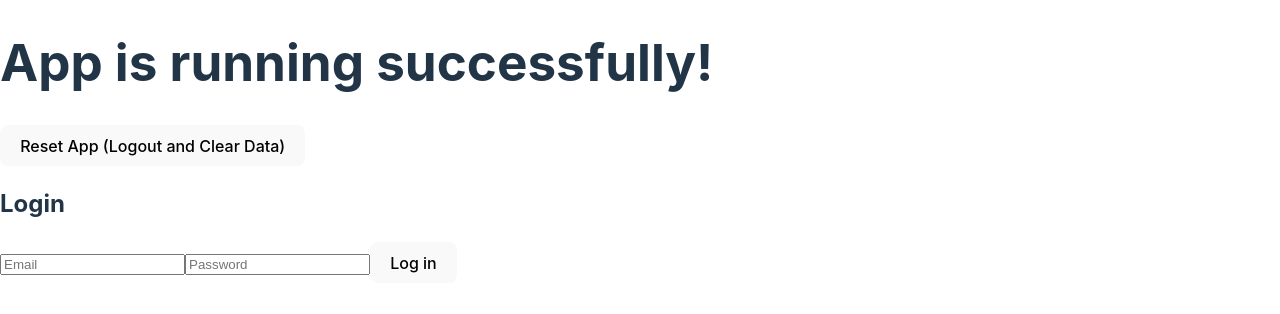
Repository: legendcode1/aml-sigma-SECOND-Reincarnation
Page: /login (app in parrot-aml/)
These files come from the project's save history. The page is drawn as it stood at one moment and after the next save; the edit follows.
The browser window is 1280 px wide. The pictures show the whole page.
The page's requests for data from a server got no answer. The project was rebuilt for these pictures with package versions that can differ from the ones it lists, and the page was loaded fresh each time. No one was signed in, and anything a server would have sent is missing. Also part of the build but not shown: parrot-aml/vite.config.js, parrot-aml/src/StyleSheet/LeftBar.css, parrot-aml/src/Component/LeftBar.jsx, parrot-aml/src/StyleSheet/MainInterface.css, parrot-aml/src/StyleSheet/ChatBot.css, parrot-aml/src/StyleSheet/NewReport.css, parrot-aml/src/Component/NewReport.jsx, parrot-aml/src/StyleSheet/SearchResult.css and 5 more.

Above is the page before, as saved 2025-01-16 03:08:52.

### parrot-aml/index.html
<!doctype html>
<html lang="en">
  <head>
    <meta charset="UTF-8" />
    <meta name="viewport" content="width=device-width, initial-scale=1.0" />
    <meta http-equiv="X-UA-Compatible" content="ie=edge" />
    <meta name="description" content="A Vite + React app" />
    <meta name="author" content="Your Name" />
    <meta name="robots" content="index, follow" />
    <link rel="icon" type="image/svg+xml" href="/vite.svg" />
    <!-- External font (optional) -->
    <link href="https://fonts.googleapis.com/css2?family=Roboto:wght@400;500&display=swap" rel="stylesheet" />
    <title>Vite + React</title>
    <!-- Add any additional metadata or fonts here -->
  </head>
  <body>
    <!-- React app will be rendered inside this div -->
    <div id="root"></div>
    <!-- Main entry script for Vite + React -->
    <script type="module" src="/src/main.jsx"></script>
  </body>
</html>

### parrot-aml/src/main.jsx
import { StrictMode } from 'react';
import { createRoot } from 'react-dom/client';
import './index.css';
import App from './App.jsx';
import { BrowserRouter } from 'react-router-dom'; // Import BrowserRouter

createRoot(document.getElementById('root')).render(
  <StrictMode>
    <BrowserRouter> {/* Wrap the App component with BrowserRouter */}
      <App />
    </BrowserRouter>
  </StrictMode>
);

### parrot-aml/src/App.jsx
import React, { useState, useEffect } from 'react';
import './App.css';
import { Route, Routes, useNavigate } from 'react-router-dom';
import { app, firestore } from './firebase'; // Correct import for app and firestore
import LeftBar from './Component/LeftBar';
import MainInterface from './Component/MainInterface';
import LoginPage from './login system/LoginPage';
import { getAuth, onAuthStateChanged } from 'firebase/auth';

const App = () => {
  const [searchParams, setSearchParams] = useState({
    name: '',
    age: '',
    occupation: ''
  });

  const [savedItems, setSavedItems] = useState([]);
  const [submitted, setSubmitted] = useState(false);
  const [isAuthenticated, setIsAuthenticated] = useState(false);
  const navigate = useNavigate();

  const saveData = () => {
    if (searchParams.name.trim()) {
      setSavedItems((prevItems) => [...prevItems, searchParams]);
      setSubmitted(true);
    }
  };

  const handleInputChange = (e) => {
    const { name, value } = e.target;
    setSearchParams((prev) => ({
      ...prev,
      [name]: value
    }));
  };

  // Check authentication status
  useEffect(() => {
    const auth = getAuth(app); // Ensure to use 'app' here for correct Firebase instance
    const unsubscribe = onAuthStateChanged(auth, (user) => {
      console.log('Auth state changed', user);
      if (user) {
        setIsAuthenticated(true); // User is authenticated
        navigate('/main'); // Redirect to the main layout
      } else {
        setIsAuthenticated(false); // User is not authenticated
        navigate('/login'); // Redirect to the login page
      }
    });

    return () => unsubscribe();
  }, [navigate]);

  const resetApp = () => {
    console.log('Resetting app...');
    // Reset Firebase Auth state and remove client_id from localStorage
    const auth = getAuth(app);
    auth.signOut(); // Log out the user
    localStorage.removeItem('client_id'); // Remove stored client_id
    setIsAuthenticated(false); // Update the authentication state
    navigate('/login'); // Redirect to login page
  };

  return (
    <div className="app-container">
      <h1>App is running successfully!</h1>
      <button onClick={resetApp} className="reset-button">Reset App (Logout and Clear Data)</button> {/* Reset button */}

      <Routes>
        {/* Login route */}
        <Route path="/login" element={<LoginPage />} />

        {/* Main layout route (protected route) */}
        <Route
          path="/main"
          element={
            isAuthenticated ? (
              <div className="main-parent">
                <div className="left-bar">
                  <LeftBar savedItems={savedItems} />
                </div>
                <MainInterface
                  submitted={submitted}
                  searchParams={searchParams}
                  handleInputChange={handleInputChange}
                  saveData={saveData}
                />
              </div>
            ) : (
              <p>You must log in to access the main layout.</p>
            )
          }
        />
      </Routes>
    </div>
  );
};

export default App;

### parrot-aml/src/App.css
html, body, #root {
  margin: 0;
  padding: 0;
  height: 100%;
  width: 100%;
}

*, *::before, *::after {
  box-sizing: border-box;
}

.main-parent {
  display: flex;
  flex-direction: row; /* Ensure horizontal layout */
  min-height: 100vh; /* Ensure it stretches to fit content */
  width: 100%;
}

.left-bar {
  width: 250px; /* Adjust the width as needed */
  background-color: #2c3e50; /* Example background color */
  padding: 20px;
  box-shadow: 2px 0 5px rgba(0, 0, 0, 0.1);
  height: 100vh; /* Ensure it stretches to fit the viewport height */
  position: fixed; /* Make the left bar fixed */
  top: 0;
  left: 0;
}

.main-interface {
  margin-left: 250px; /* Add margin to account for the fixed left bar */
  flex: 1;
  background-color: #314a57;
  padding: 0px;
  display: flex;
  flex-direction: column;
  align-items: center;
  overflow-y: auto; /* Allow scrolling if content overflows */
}

### parrot-aml/src/firebase.js
// Import necessary Firebase functions
import { initializeApp, getApp, getApps } from 'firebase/app';
import { getAnalytics } from 'firebase/analytics';
import { getFirestore } from 'firebase/firestore';

// Your Firebase configuration
const firebaseConfig = {
  apiKey: "AIzaSyBfku8hikwXrII_Uv2u0pL6-f0a0a0mKr8",
  authDomain: "datumcorp-aml.firebaseapp.com",
  projectId: "datumcorp-aml",
  storageBucket: "datumcorp-aml.appspot.com",  // Fix the storageBucket URL (should end with .appspot.com)
  messagingSenderId: "710428028162",
  appId: "1:710428028162:web:486e3aad77de49d0d8261b",
  measurementId: "G-KSL9Y2V3HX"
};

// Initialize Firebase only if not already initialized
let app;
if (getApps().length === 0) {
  // Initialize Firebase
  app = initializeApp(firebaseConfig);
} else {
  // If already initialized, get the existing app
  app = getApp();
}

// Initialize Firebase Analytics (optional, remove if not using)
const analytics = getAnalytics(app);

// Export Firestore and other Firebase services
export const firestore = getFirestore(app);
export { app, analytics };

### parrot-aml/src/login system/LoginPage.jsx
import React, { useState } from 'react';
import { loginUser } from '../auth/auth.jsx'; // Import the login function
import { useNavigate } from 'react-router-dom';

const LoginPage = () => {
  const [email, setEmail] = useState('');
  const [password, setPassword] = useState('');
  const [error, setError] = useState('');
  const navigate = useNavigate();

  const handleLogin = async (e) => {
    e.preventDefault();

    try {
      const user = await loginUser(email, password);
      console.log('User logged in:', user);
      navigate('/main'); // Redirect to the main page after login
    } catch (err) {
      setError(err.message); // Display error message if login fails
    }
  };

  return (
    <div>
      <h2>Login</h2>
      <form onSubmit={handleLogin}>
        <input
          type="email"
          placeholder="Email"
          value={email}
          onChange={(e) => setEmail(e.target.value)}
        />
        <input
          type="password"
          placeholder="Password"
          value={password}
          onChange={(e) => setPassword(e.target.value)}
        />
        <button type="submit">Log in</button>
      </form>
      {error && <p>{error}</p>}
    </div>
  );
};

export default LoginPage;

### parrot-aml/src/auth/auth.jsx
import { getAuth, signInWithEmailAndPassword } from "firebase/auth";
import { initializeApp } from "firebase/app";

// Firebase configuration
const firebaseConfig = {
  apiKey: "AIzaSyBfku8hikwXrII_Uv2u0pL6-f0a0a0mKr8",
  authDomain: "datumcorp-aml.firebaseapp.com",
  projectId: "datumcorp-aml",
  storageBucket: "datumcorp-aml.appspot.com",
  messagingSenderId: "710428028162",
  appId: "1:710428028162:web:486e3aad77de49d0d8261b",
  measurementId: "G-KSL9Y2V3HX"
};

// Initialize Firebase
const app = initializeApp(firebaseConfig);
const auth = getAuth(app);

// Domain-to-client_id mapping
const domainClientMapping = {
  'transinergi.com': 'client-id-transinergi',
  'datum.com': 'client-id-datum'
};

// Function to handle login
export const loginUser = async (email, password) => {
  const domain = email.split('@')[1]; // Extract the domain part of the email

  // Check if the domain is valid
  if (!domainClientMapping[domain]) {
    throw new Error('This email domain is not allowed.');
  }

  const client_id = domainClientMapping[domain]; // Get the client_id based on the domain

  // Output the client_id to the console
  console.log("Client ID: ", client_id);

  try {
    // Authenticate the user with Firebase
    const userCredential = await signInWithEmailAndPassword(auth, email, password);
    const user = userCredential.user;

    // Store the client_id for the session (use localStorage, React context, etc.)
    localStorage.setItem('client_id', client_id);

    // Return user data (or redirect, or whatever you need)
    return user;
  } catch (error) {
    throw new Error('Login failed: ' + error.message);
  }
};

Loaded but not shown: parrot-aml/src/index.css (common file)

After the next save:
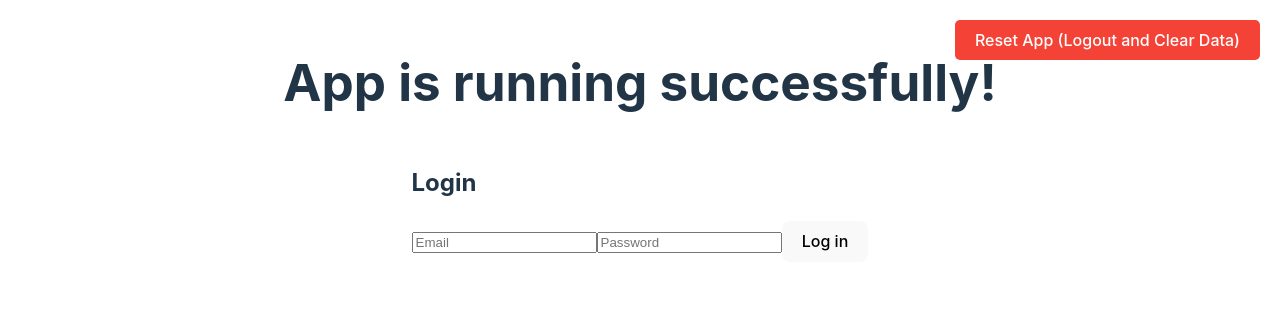
Saved 66 s later.
--- a/parrot-aml/src/App.css
+++ b/parrot-aml/src/App.css
@@ -9,31 +9,57 @@
   box-sizing: border-box;
 }
 
+.app-container {
+  display: flex;
+  flex-direction: column;
+  align-items: center;
+  justify-content: flex-start;
+  margin-top: 20px; /* Adjust this based on your needs */
+}
+
+.reset-button {
+  padding: 10px 20px;
+  background-color: #f44336; /* Red background */
+  color: white;
+  border: none;
+  border-radius: 5px;
+  cursor: pointer;
+  margin-bottom: 20px; /* Adds some space below the button */
+  position: fixed;
+  top: 20px; /* Adjust positioning to be outside the content */
+  right: 20px; /* Positioned at the top-right corner */
+  z-index: 999; /* Ensure it appears above other content */
+}
+
+.reset-button:hover {
+  background-color: #d32f2f;
+}
+
 .main-parent {
   display: flex;
-  flex-direction: row; /* Ensure horizontal layout */
-  min-height: 100vh; /* Ensure it stretches to fit content */
+  flex-direction: row;
+  min-height: 100vh;
   width: 100%;
 }
 
 .left-bar {
-  width: 250px; /* Adjust the width as needed */
-  background-color: #2c3e50; /* Example background color */
+  width: 250px;
+  background-color: #2c3e50;
   padding: 20px;
   box-shadow: 2px 0 5px rgba(0, 0, 0, 0.1);
-  height: 100vh; /* Ensure it stretches to fit the viewport height */
-  position: fixed; /* Make the left bar fixed */
+  height: 100vh;
+  position: fixed;
   top: 0;
   left: 0;
 }
 
 .main-interface {
-  margin-left: 250px; /* Add margin to account for the fixed left bar */
+  margin-left: 250px; /* Account for the fixed left bar width */
   flex: 1;
   background-color: #314a57;
-  padding: 0px;
+  padding: 20px;
   display: flex;
   flex-direction: column;
   align-items: center;
-  overflow-y: auto; /* Allow scrolling if content overflows */
+  overflow-y: auto;
 }
